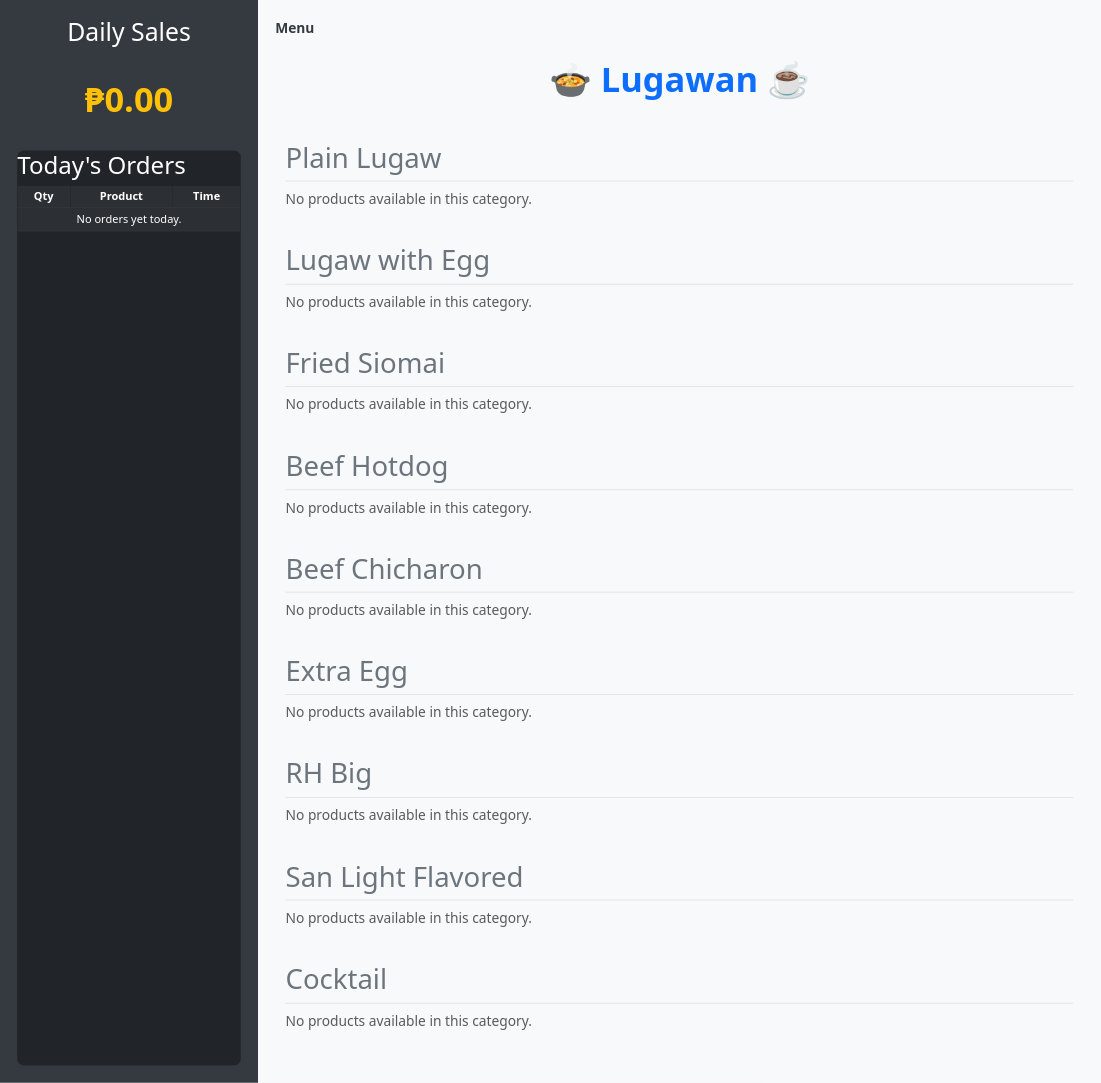
Repository: Jijiluzana225/lugawan_pitlane
Page: http://localhost/menu/
An editor plug-in stored every save of this project. The page is shown before and after the next save, followed by the edit.
The browser window is 1280 px wide. The pictures show the whole page, at 86% of full size.
The page is served by the project's application, run on Django 5.2 (manage.py). Other server files are loaded and not shown. The page reads the database file committed with the project.

Above is the page before, as saved 2025-03-06 10:05:09.

### pos/templates/pos/catalog.html
{% extends 'pos/base.html' %}

{% block title %}Product Catalog - Lugaw Cafe{% endblock %}

{% block content %}
<div class="container mt-4">
    <h1 class="text-center mb-5 text-primary fw-bold">🍲 Lugawan ☕</h1>

    {% for category in categories %}
        <div class="category-section mb-4">
            <h2 class="text-secondary border-bottom pb-2">{{ category.name }}</h2>

            <div class="row g-4">
                {% for product in category.product_set.all %}
                    <div class="col-md-4 col-lg-3">
                        <div class="card h-100 shadow-sm">
                            <div class="card-body text-center">
                                <h3 class="card-title text-dark fw-bold">{{ product.name }}</h3>
                                <p class="card-text text-success fs-5">₱{{ product.price }}</p>

                                <!-- Running total ordered today -->
                                {% with total_ordered=product.total_ordered_today %}
                                    <p style="font-color:Blue">Ordered today: <strong>{{ total_ordered|default:0 }}</strong></p>
                                {% endwith %}

                                {% if product.available %}
                                    <form action="{% url 'add_to_order' %}" method="post" class="d-flex flex-column align-items-center">
                                        {% csrf_token %}
                                        <div class="input-group mb-2" style="width: 150px;">
                                            <input type="hidden" name="product_id" value="{{ product.id }}">
                                            <input type="number" name="quantity" id="qty_{{ product.id }}" value="1" min="1" class="form-control text-center" required>
                                            <span class="input-group-text">🛒</span>
                                        </div>
                                        <button type="submit" class="btn btn-success btn-sm w-100">
                                            Add to Order
                                        </button>
                                    </form>
                                {% else %}
                                    <p class="text-danger fw-bold">🚫 Out of Stock</p>
                                {% endif %}
                            </div>
                        </div>
                    </div>
                {% empty %}
                    <p class="text-muted">No products available in this category.</p>
                {% endfor %}
            </div>
        </div>
    {% empty %}
        <p class="text-muted text-center">No categories available.</p>
    {% endfor %}
</div>

<script>
    function disableButton(form) {
        const button = form.querySelector('button[type="submit"]');
        button.disabled = true;
        button.innerText = 'Adding...'; // Optional: Change text while posting
    }
</script>


{% endblock %}

### pos/templates/pos/base.html
<!DOCTYPE html>
<html lang="en">
<head>
    <meta charset="UTF-8">
    <meta name="viewport" content="width=device-width, initial-scale=1.0">
    <title>{% block title %}Lugaw Cafe POS{% endblock %}</title>

    <!-- Bootstrap CSS -->
    <link href="https://cdnjs.cloudflare.com/ajax/libs/bootstrap/5.3.0/css/bootstrap.min.css" rel="stylesheet">

    <style>
        body {
            display: flex;
            min-height: 100vh;
            background-color: #f8f9fa;
        }

        .sidebar {
            width: 300px;
            background: #343a40;
            color: #fff;
            padding: 20px;
            display: flex;
            flex-direction: column;
        }

        .sidebar h2 {
            font-size: 1.8rem;
            text-align: center;
            margin-bottom: 30px;
        }

        .total-orders {
            font-size: 2.5rem;
            font-weight: bold;
            color: #ffc107;
            text-align: center;
        }

        .orders-table {
            margin-top: 30px;
            background: #212529;
            border-radius: 8px;
            padding: 0;
            overflow: hidden;
            display: flex;
            flex-direction: column;
            flex-grow: 1;
            min-height: 0; /* Helps flexbox handle scrolling */
        }

        .scrollable-table {
            overflow-y: auto;
            flex-grow: 1;
            max-height: calc(100vh - 250px); /* Full screen height minus sidebar and padding */
            margin-bottom: 20px; /* Always leaves a 20px gap at the bottom */
        }

        .scrollable-table table {
            width: 100%;
            font-size: 0.8rem;
        }

        .scrollable-table th, .scrollable-table td {
            text-align: center;
            padding: 3px;
        }





        .main-content {
            flex: 1;
            padding: 20px;
        }

        .catalog {
            display: flex;
            flex-wrap: wrap;
            gap: 20px;
            justify-content: flex-start;
        }

        .product {
            border: 1px solid #ccc;
            padding: 15px;
            width: 200px;
            text-align: center;
            background-color: #ffffff;
            border-radius: 8px;
            box-shadow: 0 2px 8px rgba(0, 0, 0, 0.1);
            transition: transform 0.2s ease-in-out;
        }

        .product:hover {
            transform: scale(1.05);
        }

        .product h3 {
            margin: 0;
            font-size: 1.2rem;
            color: #212529;
        }

        .product p {
            margin: 5px 0;
        }

        .btn-add {
            background-color: #28a745;
            color: white;
            border: none;
            padding: 8px 12px;
            border-radius: 5px;
            transition: background-color 0.2s ease-in-out;
        }

        .btn-add:hover {
            background-color: #218838;
        }

        nav a {
            margin-right: 15px;
            text-decoration: none;
            color: #343a40;
            font-weight: bold;
        }
    </style>
</head>
<body>

    <!-- Sidebar with total orders and order table -->
    <div class="sidebar">
        <h2>Daily Sales</h2>
        <div class="total-orders">
            ₱{{ total_sales|default:"0.00" }}
        </div>

        <div class="orders-table">
            <h3 class="sticky-header">Today's Orders</h3>

            <div class="scrollable-table">
                <table class="table table-dark table-striped">

                        <tr>
                            <th>Qty</th>
                            <th>Product</th>
                            <th>Time</th>
                        </tr>
                    </thead>
                    <tbody>
                        {% for order in todays_orders %}
                            <tr>
                                <td>{{ order.quantity }}</td>
                                <td>{{ order.product.name }}</td>
                                <td>{{ order.datetimestamp|time:"h:i A" }}</td>
                            </tr>
                        {% empty %}
                            <tr>
                                <td colspan="3">No orders yet today.</td>
                            </tr>
                        {% endfor %}
                    </tbody>
                </table>
            </div>
        </div>

    </div>

    <div class="main-content">
        <nav>
            <a href="{% url 'menu' %}">Menu</a>
        </nav>

        {% block content %}{% endblock %}
    </div>

</body>
</html>

### pos/models.py
from django.db import models
from django.utils.timezone import now

class Category(models.Model):
    name = models.CharField(max_length=100)

    def __str__(self):
        return self.name

from django.db import models
from django.utils.timezone import now

class Category(models.Model):
    name = models.CharField(max_length=100)

    def __str__(self):
        return self.name

class Product(models.Model):
    name = models.CharField(max_length=200)
    category = models.ForeignKey(Category, on_delete=models.CASCADE)
    price = models.DecimalField(max_digits=10, decimal_places=2)
    available = models.BooleanField(default=True)

    def __str__(self):
        return self.name

    @property
    def total_ordered_today(self):
        from django.db.models import Sum
        from datetime import date

        today = date.today()
        total = OrderItem.objects.filter(
            product=self,
            datetimestamp__date=today
        ).aggregate(Sum('quantity'))['quantity__sum']

        return total or 0


class OrderItem(models.Model):
    product = models.ForeignKey(Product, on_delete=models.CASCADE)
    quantity = models.PositiveIntegerField(default=1)
    datetimestamp = models.DateTimeField(default=now)  # New field

    def __str__(self):
        return f"{self.quantity} x {self.product.name} at {self.datetimestamp}"

### pos/views.py
from django.shortcuts import render
from .models import Category, Product




def catalog(request):

    categories = Product.objects.select_related('category').all()

    # Calculate total sales for the day from OrderItem model
    today = date.today()
    total_sales = OrderItem.objects.filter(
        datetimestamp__date=today
    ).annotate(
        total_price=F('product__price') * F('quantity')  # Calculate total price per item
    ).aggregate(
        total=Sum('total_price')
    )['total'] or 0
    categories = Category.objects.prefetch_related('product_set').all()

    todays_orders = OrderItem.objects.filter(
        datetimestamp__date=today
    ).select_related('product').order_by('-datetimestamp')

    return render(request, 'pos/catalog.html', {'categories': categories,'total_sales': total_sales,'todays_orders': todays_orders})


from django.shortcuts import redirect, get_object_or_404
from django.utils.timezone import now
from .models import Product, OrderItem

def add_to_order(request):
    if request.method == 'POST':
        product_id = request.POST.get('product_id')
        quantity = int(request.POST.get('quantity', 1))  # Get quantity, default to 1 if missing
        product = get_object_or_404(Product, id=product_id)

        # Always create a new OrderItem record with the provided quantity
        OrderItem.objects.create(
            product=product,
            quantity=quantity,
            datetimestamp=now()
        )

    return redirect('catalog')


from django.shortcuts import render
from django.db.models import Sum, F
from django.utils.timezone import now
from datetime import date
from .models import Product, OrderItem

def menu(request):
    categories = Product.objects.select_related('category').all()

    # Calculate total sales for the day from OrderItem model
    today = date.today()
    total_sales = OrderItem.objects.filter(
        datetimestamp__date=today
    ).annotate(
        total_price=F('product__price') * F('quantity')  # Calculate total price per item
    ).aggregate(
        total=Sum('total_price')
    )['total'] or 0

    return render(request, 'pos/catalog.html', {
        'categories': categories,
        'total_sales': total_sales
    })

### lugaw_pos/urls.py
from django.contrib import admin
from django.urls import path, include

urlpatterns = [
    path('admin/', admin.site.urls),
    path('', include('pos.urls')),
]

### pos/urls.py
from django.urls import path
from . import views

urlpatterns = [
    path('menu/', views.menu, name='menu'),

    path('', views.catalog, name='catalog'),  # New catalog page
    path('add-to-order/', views.add_to_order, name='add_to_order'),  # New URL for adding to order

]

### db.sqlite3 (the tables this page reads, as SQL)
CREATE TABLE "pos_category" ("id" integer NOT NULL PRIMARY KEY AUTOINCREMENT, "name" varchar(100) NOT NULL);
INSERT INTO "pos_category" VALUES
(1, 'Lugaw'),
(2, 'Toppings'),
(3, 'Beers'),
(4, 'Cocktail');

CREATE TABLE "pos_orderitem" ("id" integer NOT NULL PRIMARY KEY AUTOINCREMENT, "quantity" integer unsigned NOT NULL CHECK ("quantity" >= 0), "product_id" bigint NOT NULL REFERENCES "pos_product" ("id") DEFERRABLE INITIALLY DEFERRED, "datetimestamp" datetime NOT NULL);
INSERT INTO "pos_orderitem" VALUES
(50, 1, 1, '2025-03-06 01:56:34.121001'),
(51, 1, 6, '2025-03-06 01:56:41.037510'),
(52, 1, 1, '2025-03-06 01:56:57.538878'),
(53, 1, 1, '2025-03-06 01:56:59.174436'),
(54, 1, 1, '2025-03-06 01:57:01.013718'),
(55, 1, 1, '2025-03-06 01:59:52.563631'),
(56, 1, 2, '2025-03-06 02:00:06.551409'),
(57, 1, 2, '2025-03-06 02:00:07.073217'),
(58, 1, 6, '2025-03-06 02:01:38.991734'),
(59, 1, 2, '2025-03-06 02:01:44.300049'),
(60, 1, 2, '2025-03-06 02:01:45.529915'),
(61, 1, 2, '2025-03-06 02:01:45.930399'),
(62, 1, 2, '2025-03-06 02:01:47.716337'),
(63, 1, 4, '2025-03-06 02:01:51.587389'),
(64, 1, 5, '2025-03-06 02:01:56.477001'),
(65, 1, 3, '2025-03-06 02:02:02.440242'),
(66, 1, 2, '2025-03-06 02:13:40.929574'),
(67, 1, 2, '2025-03-06 02:17:50.680794'),
(68, 1, 7, '2025-03-06 02:53:27.259124');

CREATE TABLE "pos_product" ("id" integer NOT NULL PRIMARY KEY AUTOINCREMENT, "name" varchar(200) NOT NULL, "price" decimal NOT NULL, "available" bool NOT NULL, "category_id" bigint NOT NULL REFERENCES "pos_category" ("id") DEFERRABLE INITIALLY DEFERRED);
INSERT INTO "pos_product" VALUES
(1, 'Plain Lugaw', 20, 1, 1),
(2, 'Lugaw with Egg', 35, 1, 1),
(3, 'Fried Siomai', 20, 1, 2),
(4, 'Beef Hotdog', 20, 1, 2),
(5, 'Beef Chicharon', 10, 1, 2),
(6, 'Extra Egg', 15, 1, 2),
(7, 'RH Big', 150, 1, 3),
(8, 'San Light Flavored', 75, 1, 3),
(9, 'Cocktail', 350, 1, 4);

After the next save:
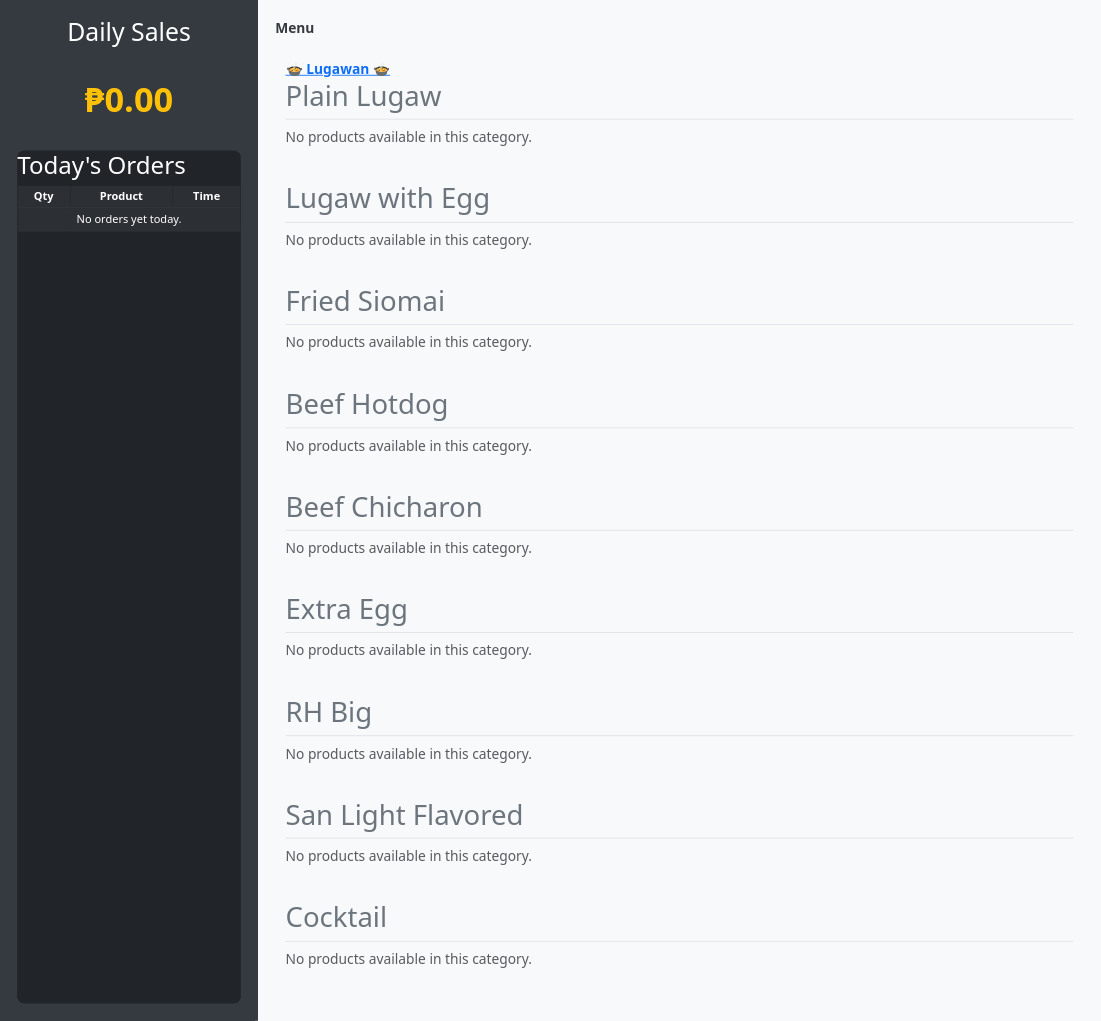
Saved 4 min 8 s later.
--- a/pos/templates/pos/catalog.html
+++ b/pos/templates/pos/catalog.html
@@ -4,7 +4,9 @@
 
 {% block content %}
 <div class="container mt-4">
-    <h1 class="text-center mb-5 text-primary fw-bold">🍲 Lugawan ☕</h1>
+
+    <a class="text-center mb-5 text-primary fw-bold" href="{% url 'catalog' %}">🍲 Lugawan 🍲</a>
+
 
     {% for category in categories %}
         <div class="category-section mb-4">
